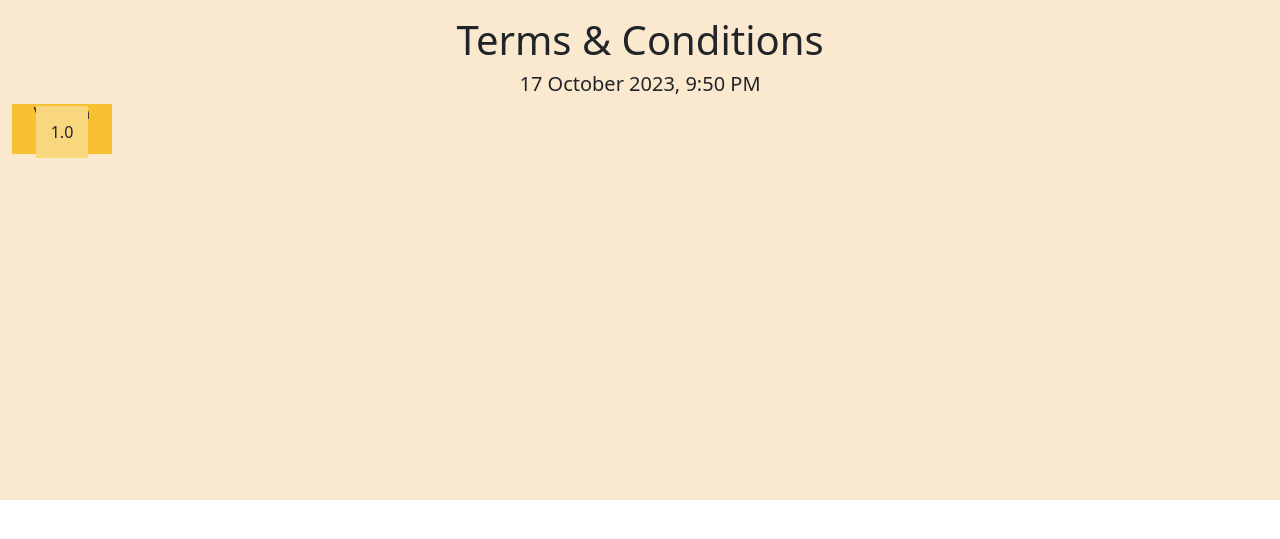
Repository: injectGroup/github.io
Page: terms.html
An editor plug-in stored every save of this project. The page is shown before and after the next save, followed by the edit.
The browser window is 1280 px wide. The pictures show the whole page.

Above is the page before, as saved 2023-11-29 14:23:52.

### terms.html
<!doctype html>
<html lang="en">

<head>
    <meta charset="utf-8">
    <meta name="viewport" content="width=device-width, initial-scale=1">
    <title>Bootstrap demo</title>
    <!-- GOULD CUSTOM CSS-->
    <link rel="stylesheet" href="/gouldwalletlegal/css/gouldcustom.css">
    <!--- BOOTSTRAP CDN -->
    <link href="https://cdn.jsdelivr.net/npm/bootstrap@5.3.2/dist/css/bootstrap.min.css" rel="stylesheet"
        integrity="sha384-T3c6CoIi6uLrA9TneNEoa7RxnatzjcDSCmG1MXxSR1GAsXEV/Dwwykc2MPK8M2HN" crossorigin="anonymous">
</head>

<body>
    <!-- Content here -->
    <div class="container-fluid text-center terms-content">
        <div class="row align-items-center">
            <div class="col align-self-center">
                <h1 class="text-center">
                    Terms & Conditions
                </h1>
            </div>
        </div>
        <div class="row align-items-center">
            <h5 class="version-date">
                17 October 2023, 9:50 PM
            </h5>
            <div class="col-sm align-self-center">
                <h6 class="version">
                    Version
                    <span class="version-number">1.0</span>
                </h6>
            </div>

        </div>
    </div>
    <!-- BOOTSTRAP JS-->
    <script src="https://cdn.jsdelivr.net/npm/bootstrap@5.3.2/dist/js/bootstrap.bundle.min.js"
        integrity="sha384-C6RzsynM9kWDrMNeT87bh95OGNyZPhcTNXj1NW7RuBCsyN/o0jlpcV8Qyq46cDfL"
        crossorigin="anonymous"></script>
</body>

</html>

### gouldwalletlegal/css/gouldcustom.css
/*
 *AUTHOR: Abdulkadir Mohammed @ Inject
 *DATE: Wed 29 November 2023
  *
 *This is a custom css for gould wallet.
 */
/*****************************
 *********** HEAD ***********
 *****************************/
.terms-content {
    background-color: #FAE9CE;
    padding: 16px 0px 16px 0px;
    height: 500px;
    width: 100%;
    padding-right: 15px;
    padding-left: 15px;
    margin-right: auto;
    margin-left: auto;
    display: block;
    box-sizing: border-box;
}

.version {
    width: 100px;
    background-color: #F7C132;

    width: 100px !important;
    height: 50px !important;

}

.version-number {
    background-color: #F9D77E;
    padding: 15px;
    width: 50px !important;
    height: 50px !important;
}


/*****************************
  *********** BODY ***********
 *****************************/

/*****************************
 *********** FOOTER ***********
*****************************/

After the next save:
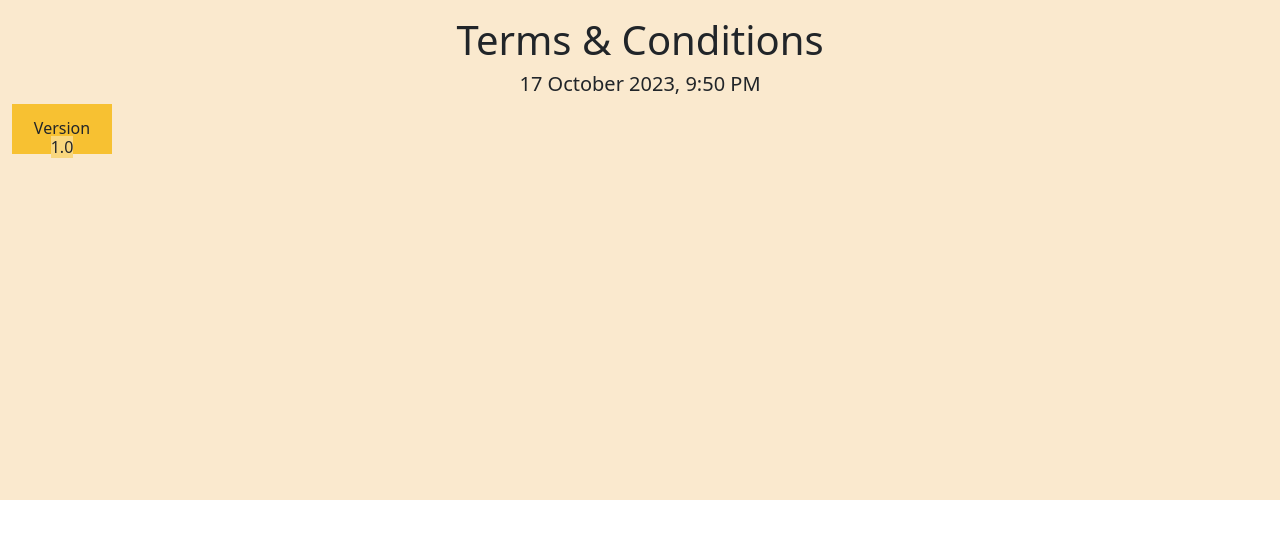
Saved 10 s later.
--- a/gouldwalletlegal/css/gouldcustom.css
+++ b/gouldwalletlegal/css/gouldcustom.css
@@ -23,7 +23,7 @@
 .version {
     width: 100px;
     background-color: #F7C132;
-
+    padding: 15px;
     width: 100px !important;
     height: 50px !important;
 
@@ -31,7 +31,7 @@
 
 .version-number {
     background-color: #F9D77E;
-    padding: 15px;
+
     width: 50px !important;
     height: 50px !important;
 }
